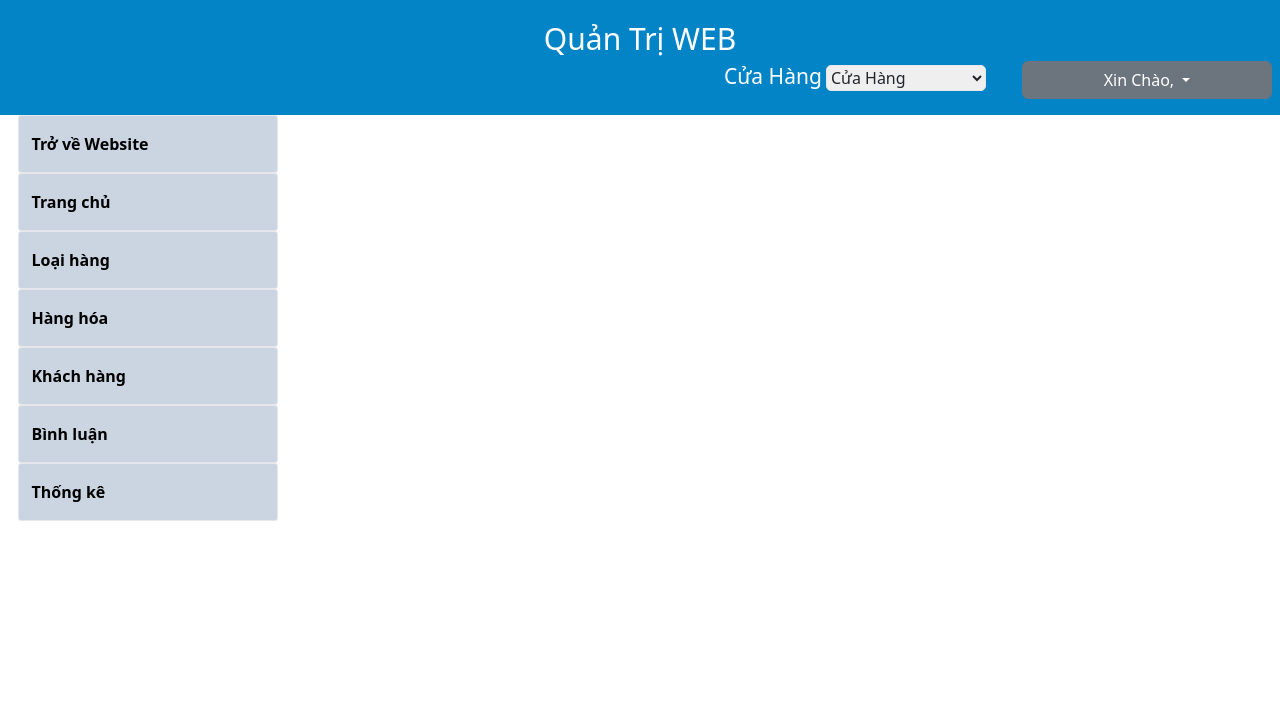
Repository: Leduc20/Website-Shopping-Clothes-Men-master
Page: http://localhost/webbanhang/admin/?danh-muc
The author's editor kept a copy of each file at every save. The page is drawn from the files as they stood at one save, then again after a run of saves.
The browser window is 1280 px wide. The pictures show the whole page.
Some web fonts or font styles are not loaded; a fallback is used. Some web libraries are served in a nearby version. The page is run by PHP 8.4 with error messages shown; the project is at /var/www/html/.

Above is the page before, as saved 2022-11-14 19:14:29.

### admin/index.php
<?php
    require_once '../global.php';
    require_once '../model/pdo.php';
    require_once './danh-muc/index.php';
    if(isset($_GET['danh-muc'])){
        $VIEW_AD = './danh-muc/index.php';
    }
    else{
        $VIEW_AD = 'home.php';
    }
    // require_once '../admin/danh-muc/index.php';

    include_once '../admin/layout.php';

?>

### global.php
<?php

function dd(){
    echo "<pre>";
    $args = func_get_args();
    var_dump($args);
    die;
}


const BASE_URL = "http://localhost/WEBBANHANG/";
const SITE_URL = BASE_URL . "site/index.php";
const ADMIN_BASE = BASE_URL . 'admin/';


?>

### model/pdo.php
<?php
const DBNAME = "mvc";
const DBUSER = "root";
const DBPASS = "";
const DBCHARSET = "utf8";
const DBHOST = "127.0.0.1";

// tạo kết nối từ project php sang mysql
function getConnect(){
    $connect = new PDO("mysql:host=" . DBHOST
                        . ";dbname=" . DBNAME
                        . ";charset=" . DBCHARSET,
                        DBUSER,
                        DBPASS
            );
    return $connect;
}



function pdo_query_all($query){
    // select * from users where email = ? or role_id = ?

    $args = func_get_args();
    $args = array_slice($args, 1);

    $conn = getConnect();

    $stmt = $conn->prepare($query);
    $stmt->execute($args);
    $data = $stmt->fetchAll();
    if(count($data) > 0){
        return $data;
    }

    return [];

}


function pdo_query_one($query){
    // select * from users where email = ? or role_id = ?

    $args = func_get_args();
    $args = array_slice($args, 1);

    $conn = getConnect();

    $stmt = $conn->prepare($query);
    $stmt->execute($args);
    $data = $stmt->fetch();
    if(count($data) > 0){
        return $data;
    }
    return null;

}


function pdo_execute_get_id($query){

    $args = func_get_args();
    $args = array_slice($args, 1);

    $conn = getConnect();

    $stmt = $conn->prepare($query);
    $stmt->execute($args);
    $lastId =  $conn->lastInsertId();
    return $lastId;
}


function pdo_execute($query){

    $args = func_get_args();
    $args = array_slice($args, 1);

    $conn = getConnect();

    $stmt = $conn->prepare($query);
    $stmt->execute($args);

}
?>

### admin/danh-muc/index.php
<?php

define('__ROOT__', dirname(dirname(__FILE__)));
require_once(__ROOT__.'../../global.php');
require_once (__ROOT__.'../../model/pdo.php');
require_once (__ROOT__.'../../model/category_dao.php');
if(isset($_GET['add-danh-muc'])){
    $VIEW_AD = './danh-muc/add-danh-muc.php';
}elseif(isset($_GET['edit-danh-muc'])){
    $VIEW_AD = './danh-muc/edit-danh-muc.php';
}
else{
    $VIEW_AD = 'danh-sach.php';
}


// if(isset($_GET['tao-moi'])){
//     $VIEW_NAME = 'tao-form.php';
// }elseif(isset($_GET['sua'])){
//     $id = $_GET['id'];
//     $VIEW_NAME = 'sua-form.php';
// }elseif(isset($_GET['xoa'])){
//     require_once '../../dao/product_dao.php';
//     $id = $_GET['id'];
//     product_remove_by_cate_id($id);
//     category_remove_by_id($id);
//     header('location: ' . ADMIN_BASE . '/danh-muc/index.php');
//     die;
//     // thực hiện hành động xoá
//     // điều hướng về danh sách
// }else{
//     $VIEW_NAME = 'danh-sach.php';
// }
?>

### model/category_dao.php
<?php
function category_remove_by_id($cate_id){
    $query = "delete from categories where id = ?";
    pdo_execute($query, $cate_id);
}

?>

### admin/layout.php
<!DOCTYPE html>
<html lang="en">

<head>
    <meta charset="UTF-8">
    <meta http-equiv="X-UA-Compatible" content="IE=edge">
    <meta name="viewport" content="width=device-width, initial-scale=1.0">
    <title>Show_Product</title>
    <script src="https://cdn.tailwindcss.com"></script>
    <link rel="stylesheet" href="https://cdn.jsdelivr.net/npm/bootstrap@5.2.0/dist/css/bootstrap.min.css">
    <script src="https://cdn.jsdelivr.net/npm/bootstrap@5.2.0/dist/js/bootstrap.bundle.min.js"></script>
    <link rel="stylesheet" href="../public/icon/fontawesome-free-6.1.1-web/css/all.min.css">
    <script src="https://ajax.aspnetcdn.com/ajax/jQuery/jquery-3.2.1.min.js"></script>
    <script src="http://ajax.aspnetcdn.com/ajax/jquery.validate/1.9/jquery.validate.min.js" type="text/javascript"></script>
</head>

<body>
    <section class="">
        <section class="bg-sky-600 py-3 px-2">
            <?php include_once $VIEW_ADMIN = 'header.php'; ?>
        </section>
        <div class="flex px-2">
            <div>
                <?php include_once $VIEW_ADMIN = 'menu.php'; ?>
            </div>
            <div>
                <?php include_once $VIEW_AD ?>
            </div>
        </div>
    </section>
</body>

</html>

### admin/header.php
<p class="text-center text-white text-[30px]">Quản Trị WEB</p>
        <div class="flex justify-end">
            <form action="">
                <span class="text-white text-[21px]">Cửa Hàng</span>
                <select name="" id="" class="border-[1px] w-[160px] rounded-[5px]">
                    <option value="">Cửa Hàng</option>
                    <option value="">A</option>
                    <option value="">b</option>
                    <option value="">c</option>
                </select>
            </form>
            <div class="dropdown ml-9 w-[250px]">
                <span class="btn btn-secondary dropdown-toggle w-[250px]" href="#" role="button" data-bs-toggle="dropdown" aria-expanded="false">

                    Xin Chào,<?php
                                if (isset($_SESSION['user'])) {
                                    extract($_SESSION['user']);
                                    echo '<span class="">' . $name . '</span>';
                                }

                                ?>
                </span>

                <ul class="dropdown-menu">
                    <li><a class="dropdown-item" href="#"><i class="fa-solid fa-user"></i>Tài khoản</a></li>
                    <li><a class="dropdown-item" href="index.php?act=thoat"><i class="fa-solid fa-arrow-right-from-bracket"></i>Thoát</a></li>

                </ul>
            </div>
        </div>

### admin/menu.php
<div  class="w-[270px]">
            <ul>
                <li class="ml-[10px] py-3 ml-1 border-[1px] bg-slate-300 rounded-[3px] font-bold hover:bg-white">
                    <a class="no-underline text-black" href="<?= SITE_URL . "?list-danh-muc"?>"><i class="fa-solid fa-house"></i>Trở về Website</a>
                </li>
                <li class="ml-[10px] py-3 ml-1 border-[1px] bg-slate-300 rounded-[3px] font-bold hover:bg-white">
                    <a class="no-underline text-black" href="index.php"><i class="fa-solid fa-store"></i>Trang chủ</a>
                </li>
                <li class="ml-[10px] py-3 ml-1 border-[1px] bg-slate-300 rounded-[3px] font-bold hover:bg-white">
                    <a class="no-underline text-black" href="<?= ADMIN_BASE . "?danh-muc"?>"><i class="fa-solid fa-list"></i>Loại hàng</a>
                </li>
                <li class="ml-[10px] py-3 ml-1 border-[1px] bg-slate-300 rounded-[3px] font-bold hover:bg-white">
                    <a class="no-underline text-black" href="index.php?act=addhh"><i class="fa-solid fa-cart-shopping"></i>Hàng hóa</a>
                <li class="ml-[10px] py-3 ml-1 border-[1px] bg-slate-300 rounded-[3px] font-bold hover:bg-white">
                    <a class="no-underline text-black" href="index.php?act=addkh"><i class="fa-solid fa-users"></i>Khách hàng</a>
                </li>
                <li class="ml-[10px] py-3 ml-1 border-[1px] bg-slate-300 rounded-[3px] font-bold hover:bg-white">
                    <a class="no-underline text-black" href="index.php?act=dsbl"><i class="fa-solid fa-comments"></i>Bình luận</a>
                </li>
                <li class="ml-[10px] py-3 ml-1 border-[1px] bg-slate-300 rounded-[3px] font-bold hover:bg-white">
                    <a class="no-underline text-black" href="index.php?act=dstk"><i class="fa-solid fa-chart-simple"></i>Thống kê</a>
                </li>
            </ul>
        </div>

### admin/danh-muc/danh-sach.php

    <div class="">
        <div class="border bg-green-200 mt-2 rounded">
            <p class="ml-3 mt-3">Danh sách loại hàng</p>
        </div>
        <h2>
            <?= isset($_COOKIE['success']) ? $_COOKIE['success'] : '' ?>
        </h2>
        <div class="mt-2 text-black-500 font-bold text-red-500">
            <?php
            if (isset($line)) {
                echo "<script>alert('$line');</script>";
            }
            ?>
        </div>
        <form action="">
            <div>
                <div class="overflow-x-auto relative shadow-md sm:rounded-lg mt-4">
                    <table class="w-full text-sm text-left text-gray-500 dark:text-gray-400">
                        <thead class="text-xs text-gray-700 uppercase bg-gray-50 dark:bg-gray-700 dark:text-gray-400">
                            <tr>
                                <th>

                                </th>
                                <th scope="col" class="py-3 px-6">
                                    Mã loại
                                </th>
                                <th scope="col" class="py-3 px-6">
                                    Tên loại
                                </th>
                                <th scope="col" class="py-3 px-6">
                                    Edit
                                </th>

                            </tr>
                        </thead>
                        <tbody>
                            <tr class="bg-white border-b dark:bg-gray-900 dark:border-gray-700">
                                <th>
                                    <div class="">
                                        <input class="form-check-input" type="checkbox" value="" id="flexCheckChecked">
                                    </div>
                                </th>
                                <th scope="row" class="py-4 px-6 font-medium text-gray-900 whitespace-nowrap dark:text-white">


                                </th>
                                <td class="py-4 px-6">

                                </td>

                                <td class="py-4 px-6">
                                    <a href="<?= ADMIN_BASE . "?edit-danh-muc"?>" class="no-underline text-black px-2 border border-[2px] p2 rounded bg-sky-300 hover:bg-sky-700">Edit</a>
                                    <a href="' . $delete . '" class="no-underline text-black px-2 border border-[2px] p2 rounded bg-sky-300 hover:bg-sky-700">delete</a>
                                </td>
                            </tr>
                            <!-- <tr class="bg-white border-b dark:bg-gray-900 dark:border-gray-700">
                                                <th>
                                                    <div class="">
                                                        <input class="form-check-input" type="checkbox" value="" id="flexCheckChecked" checked>
                                                    </div>
                                                </th>
                                                <th scope="row" class="py-4 px-6 font-medium text-gray-900 whitespace-nowrap dark:text-white">
                                                    1000
                                                </th>
                                                <td class="py-4 px-6">
                                                    Đồng hồ
                                                </td>

                                                <td class="py-4 px-6">
                                                    <a href="#" class="no-underline text-black px-2 border border-[2px] p2 rounded bg-sky-300 hover:bg-sky-700">Edit</a>
                                                    <a href="#" class="no-underline text-black px-2 border border-[2px] p2 rounded bg-sky-300 hover:bg-sky-700">delete</a>
                                                </td>
                                            </tr>
                                            <tr class="bg-white border-b dark:bg-gray-900 dark:border-gray-700">
                                                <th>
                                                    <div class="">
                                                        <input class="form-check-input" type="checkbox" value="" id="flexCheckChecked" checked>
                                                    </div>
                                                </th>
                                                <th scope="row" class="py-4 px-6 font-medium text-gray-900 whitespace-nowrap dark:text-white">
                                                    1000
                                                </th>
                                                <td class="py-4 px-6">
                                                    Đồng hồ
                                                </td>

                                                <td class="py-4 px-6">
                                                    <a href="#" class="no-underline text-black px-2 border border-[2px] p2 rounded bg-sky-300 hover:bg-sky-700">Edit</a>
                                                    <a href="#" class="no-underline text-black px-2 border border-[2px] p2 rounded bg-sky-300 hover:bg-sky-700">delete</a>
                                                </td>
                                            </tr> -->

                        </tbody>
                    </table>
                </div>
            </div>
            <div class="z-50">
                <a class="bg-blue-500 hover:bg-blue-700 text-white font-bold py-2 px-4 border border-blue-700 rounded no-underline" href="">Chọn tất cả</a>
                <a class="bg-blue-500 hover:bg-blue-700 text-white font-bold py-2 px-4 border border-blue-700 rounded no-underline" href="">Bỏ chọn tất cả</a>
                <a class="bg-blue-500 hover:bg-blue-700 text-white font-bold py-2 px-4 border border-blue-700 rounded no-underline" href="">Xóa các mục chọn</a>
                <a class="bg-blue-500 hover:bg-blue-700 text-white font-bold py-2 px-4 border border-blue-700 rounded no-underline" href="<?= ADMIN_BASE . "?add-danh-muc"?>">Nhập thêm</a>
            </div>
        </form>
    </div>

Loaded but not shown: site/src/font/css/all.min.css (library)

After the next 2 saves:
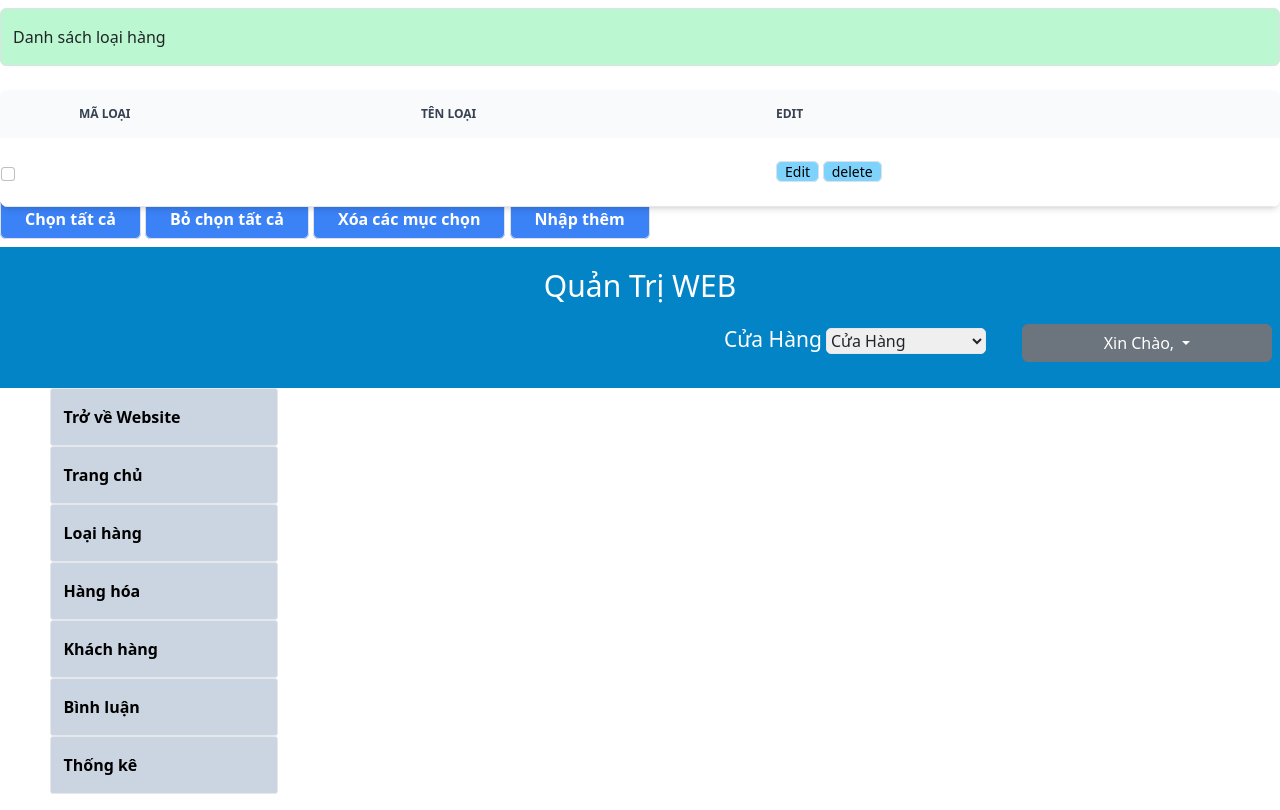
The 2 saves are shown as one change because they came seconds apart.
The last was saved 12 s later.
--- a/admin/index.php
+++ b/admin/index.php
@@ -1,7 +1,7 @@
 <?php
     require_once '../global.php';
     require_once '../model/pdo.php';
-    require_once './danh-muc/index.php';
+    require_once './danh-muc/danh-sach.php';
     if(isset($_GET['danh-muc'])){
         $VIEW_AD = './danh-muc/index.php';
     }

After the save that followed:
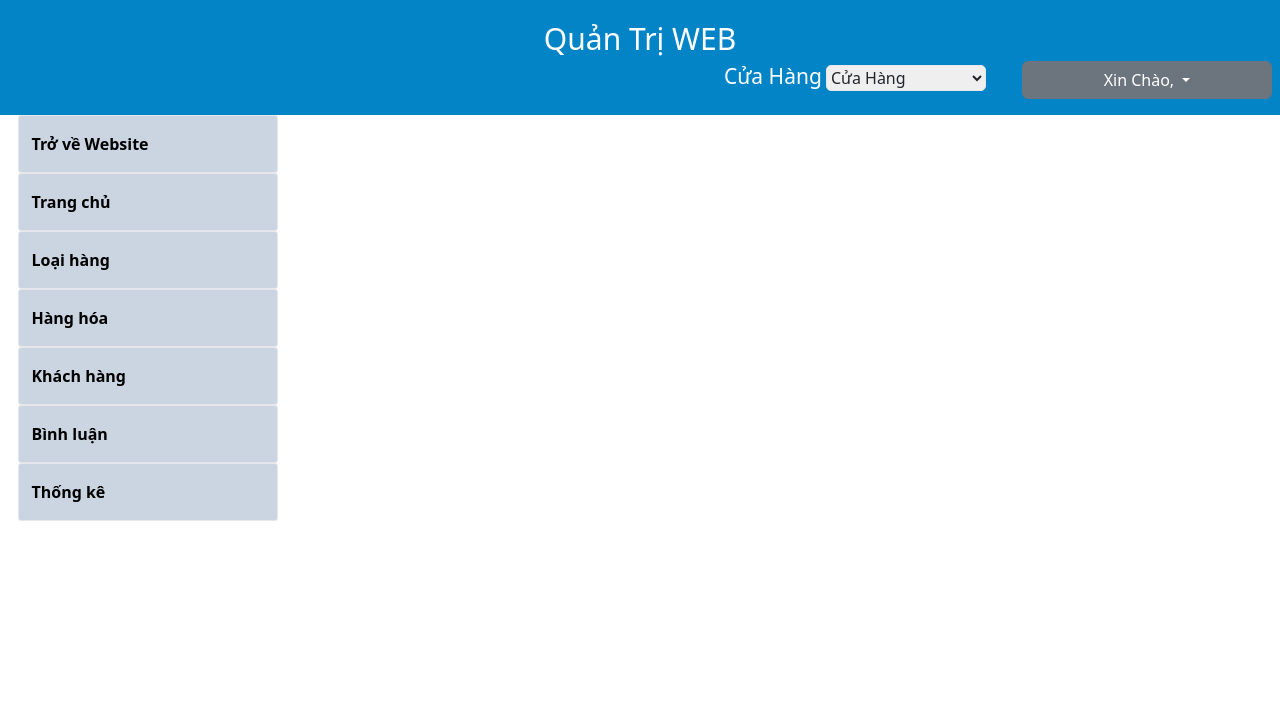
Saved 13 s later.
--- a/admin/index.php
+++ b/admin/index.php
@@ -1,7 +1,7 @@
 <?php
     require_once '../global.php';
     require_once '../model/pdo.php';
-    require_once './danh-muc/danh-sach.php';
+    require_once './danh-muc/index.php';
     if(isset($_GET['danh-muc'])){
         $VIEW_AD = './danh-muc/index.php';
     }
